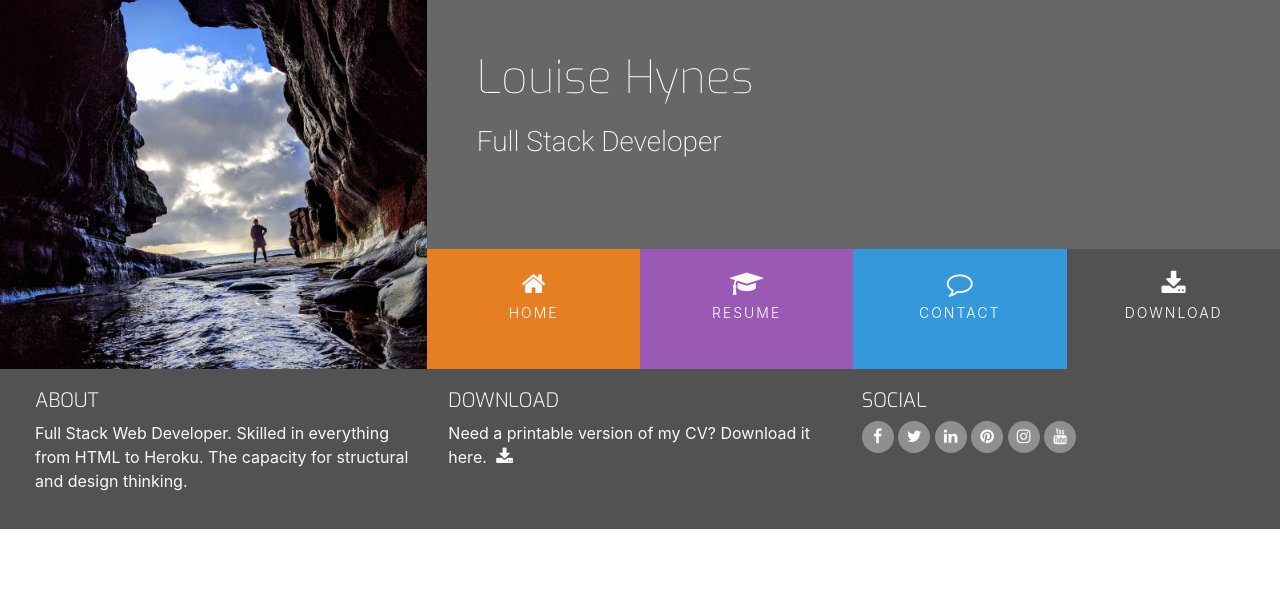
Repository: lhynes/Mini-Project-Resume
Page: index.html
The author's editor kept a record of every edit. The page is drawn from the files as they stood at one moment, then again after the next edit.
The browser window is 1280 px wide. The pictures show the whole page.

Above is the page before.

### index.html
<!DOCTYPE html>
<html lang="en">

<head>
    <meta charset="UTF-8">
    <meta name="viewport" content="width=device-width, initial-scale=1.0">
    <meta http-equiv="X-UA-Compatible" content="ie=edge">
    <!--access exrtenal links - bootstrap cdn - https://www.bootstrapcdn.com/-->
    <link rel="stylesheet" href="https://stackpath.bootstrapcdn.com/bootstrap/4.3.1/css/bootstrap.min.css" type="text/css" />
    <!--access exrtenal links - fontAwesome cdn - https://www.bootstrapcdn.com/-->
    <link rel="stylesheet" href="https://stackpath.bootstrapcdn.com/font-awesome/4.7.0/css/font-awesome.min.css" type="text/css" />
    <link rel="stylesheet" href="assets/css/style.css" type="text/css" />
    <link rel="stylesheet" href="https://cdnjs.cloudflare.com/ajax/libs/hover.css/2.3.1/css/hover-min.css" type="text/css" />
    <title>Louise</title>
</head>

<body>
    <header>
        <div class="row no-gutters">
            <a class="col-md-4 logo" href="index.html"></a>
            <div class="col-md-8">
                <div class="row no-gutters bg-color-name-title">
                    <div class="col heading">
                        <h1 class="name">Louise Hynes</h1>
                        <h2 class="title">Full Stack Developer</h2>
                    </div>
                </div>
                <div class="row no-gutters">
                    <div class="col">
                        <ul id="nav" class="list-inline menucontainer">
                            <li class="col-6 col-sm-3 ui-menu-color-home list-inline-item menuitem">
                                <a href="#" class="hvr-sweep-to-bottom"><i class="fa fa-home" aria-hidden="true"></i><span>Home</span></a>
                            </li>

                            <li class="col-6 col-sm-3 ui-menu-color-resume list-inline-item menuitem">
                                <a href="#" class="hvr-sweep-to-bottom"><i class="fa fa-graduation-cap" aria-hidden="true"></i><span>Resume</span></a>
                            </li>

                            <li class="col-6 col-sm-3 ui-menu-color-contact list-inline-item menuitem">
                                <a href="#" class="hvr-sweep-to-bottom"><i class="fa fa-comment-o" aria-hidden="true"></i><span>Contact</span></a>
                            </li>
                            <li class="col-6 col-sm-3 ui-menu-color-download list-inline-item menuitem">
                                <a href="#" class="hvr-sweep-to-bottom"><i class="fa fa-download" aria-hidden="true"></i><span>Download</span></a>
                            </li>
                        </ul>
                    </div>
                </div>
            </div>
        </div>
    </header>
    <section class="container-fluid">




    </section>

    <!--Footer section-->
    <footer class="container-fluid"> <!--full width flexible container-->
        <div id="footer-details" class="row">
            <div class="col-sm-4">
                <h5 class="uppercase general-sub">About</h5>
                <p class="inline-block">
                    Full Stack Web Developer. Skilled in everything from HTML to Heroku. The capacity for structural and design thinking.


                </p>
            </div>
            <div class="col-sm-4">
                <h5 class="uppercase general-sub">Download</h5>
                <p class="inline-block">
                    Need a printable version of my CV? Download it here.
                    <a href="#" target="_blank" class="cv-pdf">
                        <!-- _blank used to open in a new tab-->
                        <i class="fa fa-download" aria-hidden="true"></i>
                        <span class="sr-only">Download link.</span>
                    </a>
                </p>
            </div>
            <div class="col-sm-4">
                <h5 class="uppercase general-sub">Social</h5>
                <ul class="list-inline social-links">
                    <li class="list-inline-item">
                        <!-- every list-inline in boostrap needs a list-inline item-->
                        <a target="_blank" href="#">
                            <i class="fa fa-facebook" aria-hidden="true"></i>
                            <span class="sr-only">Facebook</span>
                        </a>
                    </li>
                    <li class="list-inline-item">
                        <a target="_blank" href="#">
                            <i class="fa fa-twitter" aria-hidden="true"></i>
                            <span class="sr-only">Twitter</span>
                        </a>
                    </li>
                    <li class="list-inline-item">
                        <a target="_blank" href="#">
                            <i class="fa fa-linkedin" aria-hidden="true"></i>
                            <span class="sr-only">LinkedIn</span>
                        </a>
                    </li>
                    <li class="list-inline-item">
                        <a target="_blank" href="#">
                            <i class="fa fa-pinterest" aria-hidden="true"></i>
                            <span class="sr-only">Pinterest</span>
                        </a>
                    </li>
                    <li class="list-inline-item">
                        <a target="_blank" href="#">
                            <i class="fa fa-instagram" aria-hidden="true"></i>
                            <span class="sr-only">Instagram</span>
                        </a>
                    </li>
                    <li class="list-inline-item">
                        <a target="_blank" href="#">
                            <i class="fa fa-youtube" aria-hidden="true"></i>
                            <span class="sr-only">YouTube</span>
                        </a>
                    </li>
                </ul>
            </div>

        </div>

    </footer>
</body>

</html>

### assets/css/style.css
@import url('https://fonts.googleapis.com/css?family=Roboto:100,200,300,400,500,600,700|Exo:100,200,300,400,500,600,700');

/*-----------------------------------Colours */

.bg-color-name-title {
    background-color: #676767;
    color: #ffffff;
}

.bg-color-three-reasons{
    background-color: #fff;

}

.ui-menu-color-home {
    background-color: #e67e22
}

.ui-menu-color-resume {
    background-color: #9b59b6
}

.ui-menu-color-contact {
    background-color: #3498db
}

.ui-menu-color-download {
    background-color: #525252
}



/*-----------------------------------Special paddings/margins/text  */

.uppercase {
    text-transform: uppercase;
}

.general-sub {
    font-family: "Exo", sans-serif;
    font-weight: 300;
    color: #fafafa;

}

h1,
h2,
h3,
h4 {
    margin: 0;
}

.inline-block {
    display: inline-block;

}

/*-----------------------------------Heading */

header {
    margin: 0;
}

.heading {
    margin-left: 50px;
}

.logo {
    background: url("../images/louise.jpg");
    background-position: center;
    background-repeat: no-repeat;
    background-size: cover;
    min-height: 360px;
    transition: all .5s ease-in-out;
    -moz-transition: all .5s ease-in-out;
    -webkit-transition: all .5s ease-in-out;
}

.name {
    font-family: "Exo", sans-seriif;
    font-weight: 100;
    font-size: 46px;
    margin-top: 50px;
    color: #ffffff;
}

.title {
    font-family: "Roboto", sans-seriif;
    font-weight: 200;
    font-size: 28px;
    margin-top: 20px;
    margin-bottom: 90px;
    color: #ffffff;
}

.list-inline-item:not(:last-child) {
    margin: 0;
}

.menucontainer {
    font-size: 0;
}


#nav {
    margin: 0;
}

#nav li {
    font-size: 14px;
    padding: 0;
}

.menuitem {
    height: 120px;
    /*profile image is 360 in total*/
    text-align: center;
    padding: 0;
}

.menuitem a {
    width: 100%;
    color: #ffffff;
    text-decoration: none;
    height: 120px;
}

.menuitem a i {
    padding-top: 22px;
    display: block;
    color: #fafafa;
    font-size: 26px;
}

.menuitem span {
    display: block;
    width: 100%;
    padding-top: 5px;
    text-align: center;
    text-transform: uppercase;
    font-size: 14px;
    font-weight: 300;
    letter-spacing: 2px;
}




/*-----------------------------------Hover.css */

/*background color is set in the before*/

.hvr-sweep-to-bottom:before {
    background: rgba(0, 0, 0, 0.2) !important;
    height: 120px;
}


/*-----------------------------------Footer styles */

footer {
    background-color: #525252;
    color: #fafafa;
    min-height: 120px;
    margin: 0;
}


.cv-pdf i {
    font-size: 18px;
    color: #fafafa;
    text-align: center;
    padding-left: 5px;
    transition: all 0.35s ease-in-out;
    /* put in parent element*/
    -moz-transition: all 0.35s ease-in-out;
    -webkit-transition: all 0.35s ease-in-out;
    -o-transition: all 0.35s ease-in-out;
}

.cv-pdf i:hover {
    color: #e84610;
}


.social-links {
    padding-bottom: 15px;
}

.social-links li a i {
    width: 32px;
    height: 32px;
    padding: 12px 0;
    border-radius: 50%;
    line-height: 7px;
    text-align: center;
    color:#fafafa;
    background:#8f8f8f;
    -moz-transition: all 0.35s ease-in-out;
    -webkit-transition: all 0.35s ease-in-out;
    -o-transition: all 0.35s ease-in-out;
}

.social-links li a i:hover {
    background-color: #e84610;
}

#footer-details{
    padding:20px;
}

After the next edit:
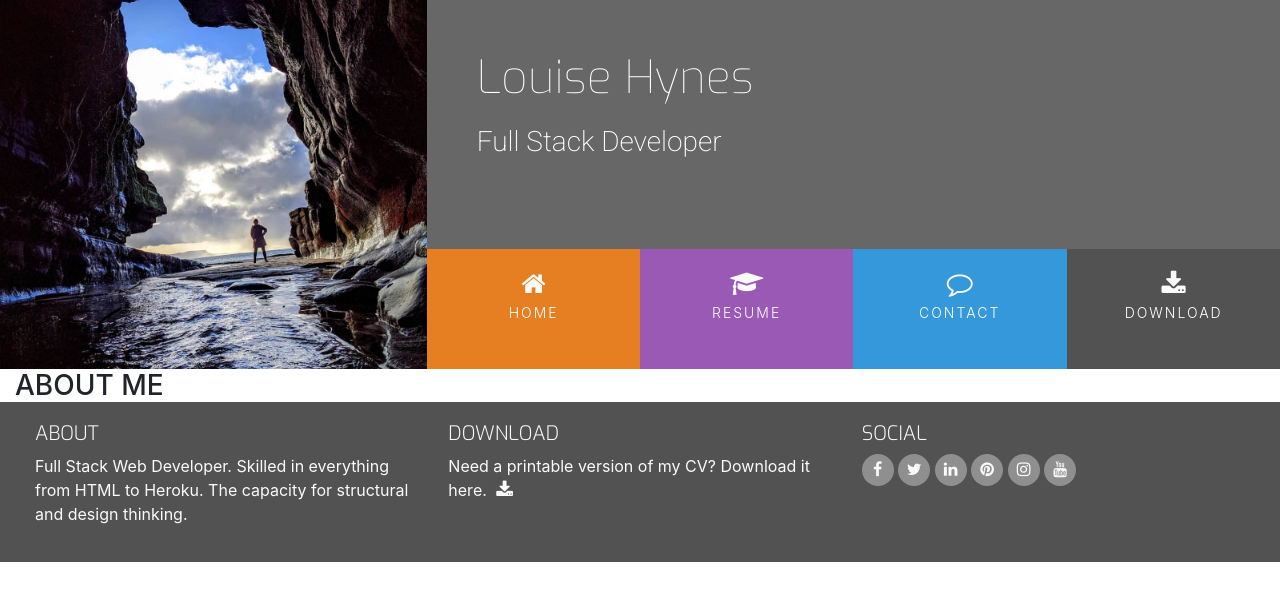
The edit:
--- a/index.html
+++ b/index.html
@@ -48,15 +48,24 @@
             </div>
         </div>
     </header>
+    <!--main section-->
     <section class="container-fluid">
-
-
-
+        <div class="row row-table"> <!--allow us to create a table structure so that our columns will remain the same height, regardless of content-->
+        <!--he row-table class specifies the use of a table whereas section-column specifies the use of a table cell, which will give us evenly sized columns in terms of height.-->
+            <div class="col-md-8 bg-color-three-reasons section-column">
+                <div class="row">
+                    <div class="col">
+                        <h3 class="section-heading uppercase">About Me</h3>
+                    </div>
+                </div>
+            </div>
+        </div>
 
     </section>
 
     <!--Footer section-->
-    <footer class="container-fluid"> <!--full width flexible container-->
+    <footer class="container-fluid">
+        <!--full width flexible container-->
         <div id="footer-details" class="row">
             <div class="col-sm-4">
                 <h5 class="uppercase general-sub">About</h5>
